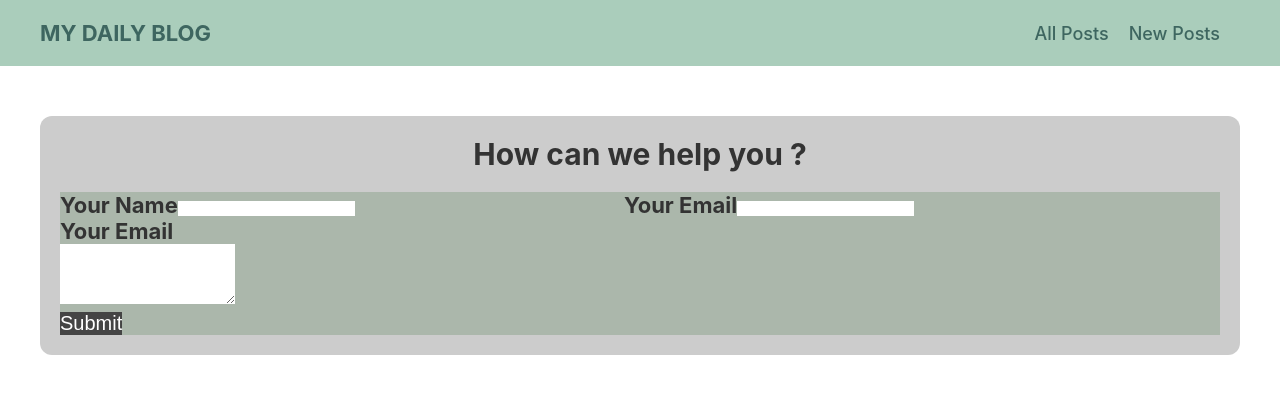
Repository: lyvandat/post-project-nextjs
Page: /new-post
An editor plug-in stored every save of this project. The page is shown before and after the next save, followed by the edit.
The browser window is 1280 px wide. The pictures show the whole page.
The project was rebuilt for these pictures with package versions that can differ from the ones it lists, and the page was loaded fresh each time. The framework's server and built-in components were replaced by stand-ins that run in the browser. Also part of the build but not shown: next.config.js.

Above is the page before, as saved 2022-09-26 18:36:03.

After the next save:
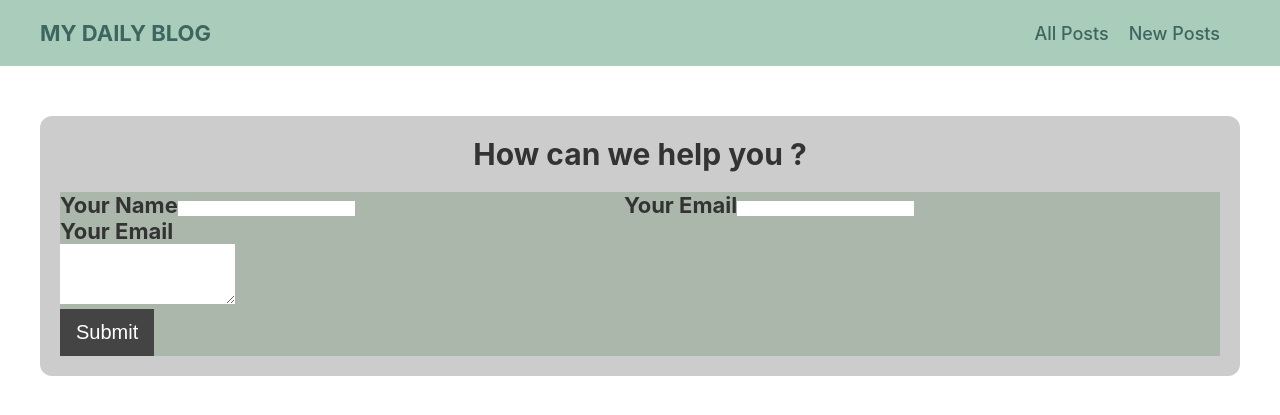
Saved 42 s later.
--- a/components/posts/NewPost.module.css
+++ b/components/posts/NewPost.module.css
@@ -39,6 +39,7 @@
   font-size: 2rem;
   background-color: #444;
   color: #fff;
+  padding: 12px 16px;
 }
 
 .actions button:hover {
